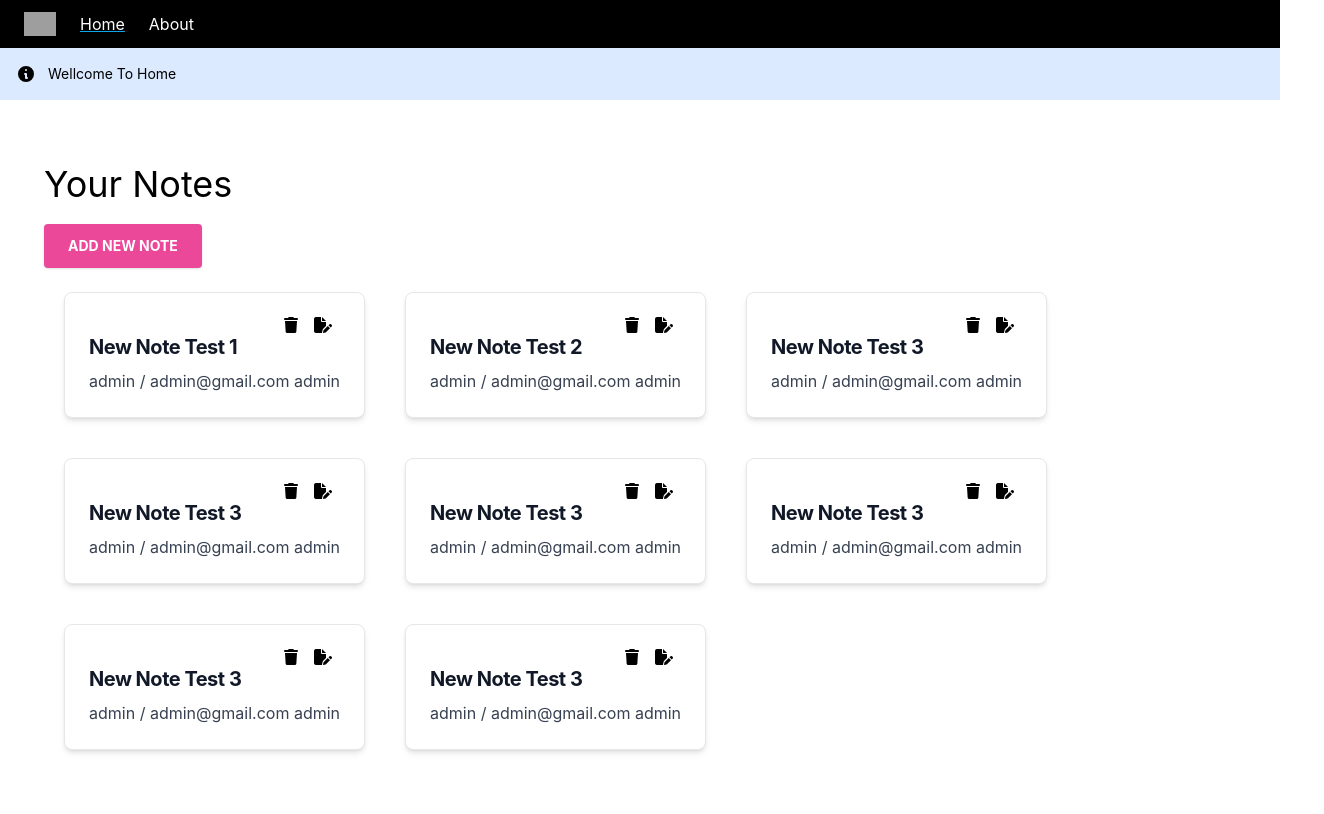
Repository: sonawaneteju4/iNote
Page: /
These files come from the project's save history. The page is drawn as it stood at one moment and after the next save; the edit follows.
The browser window is 1280 px wide. The page is 1324 px wide, so the pictures cover 1324 px, including what lies to the right of the window. The pictures show the whole page.
Pictures or frames that could not be fetched are drawn as grey boxes. Some web libraries are served in a nearby version. The project was rebuilt for these pictures with package versions that can differ from the ones it lists, and the page was loaded fresh each time. Also part of the build but not shown: src/components/AddNote.js, src/components/About.js.

Above is the page before, as saved 2022-10-11 10:47:35.

### public/index.html
<!DOCTYPE html>
<html lang="en">
  <head>
    <meta charset="utf-8" />
    <link rel="icon" href="%PUBLIC_URL%/favicon.ico" />
    <meta name="viewport" content="width=device-width, initial-scale=1" />
    <meta name="theme-color" content="#000000" />
    <meta
      name="description"
      content="Web site created using create-react-app"
    />
    <link rel="apple-touch-icon" href="%PUBLIC_URL%/logo192.png" />

    <link rel="manifest" href="%PUBLIC_URL%/manifest.json" />

    <title>iNote - Secured Notes On Cloud</title>
  </head>
  <body>
    <noscript>You need to enable JavaScript to run this app.</noscript>
    <script src="https://kit.fontawesome.com/61d960ae85.js" crossorigin="anonymous"></script>
    <div id="root"></div>
  </body>
</html>

### src/App.js
import "./App.css";
import { BrowserRouter, Routes, Route } from "react-router-dom";
import Navbar from "./components/Navbar";
import Home from "./components/Home";
import About from "./components/About";
import NoteState from "./context/notes/NoteState";
import Alert from "./components/Alert";

function App() {
  return (
    <>
      <NoteState>
        <BrowserRouter>
          <Navbar />
          <Alert message="Wellcome To Home"/>
          <div className="container m-11">

          <Routes>
            <Route exact path="/" element={<Home />}></Route>
            <Route exact path="/about" element={<About />}></Route>
          </Routes>
          </div>
        </BrowserRouter>
      </NoteState>
    </>
  );
}

export default App;

### src/App.css
.App {
  text-align: center;
}

.App-logo {
  height: 40vmin;
  pointer-events: none;
}

@media (prefers-reduced-motion: no-preference) {
  .App-logo {
    animation: App-logo-spin infinite 20s linear;
  }
}

.App-header {
  background-color: #282c34;
  min-height: 100vh;
  display: flex;
  flex-direction: column;
  align-items: center;
  justify-content: center;
  font-size: calc(10px + 2vmin);
  color: white;
}

.App-link {
  color: #61dafb;
}

@keyframes App-logo-spin {
  from {
    transform: rotate(0deg);
  }
  to {
    transform: rotate(360deg);
  }
}
i{cursor: pointer;

}

### src/components/Navbar.js
import React, {useEffect} from 'react'
import { Link, useLocation } from 'react-router-dom'

const Navbar = () => {
  let location = useLocation();
  useEffect(() => {
    console.log(location.pathname);
  }, [location])

  return (
    <nav className='flex bg-black text-white sticky top-0'>
        <ul className='flex m-3'>
            <li className='px-3'><Link to="/"><img alt="Logo" className='h-6' src='https://i.ibb.co/yyD6c8M/i-NOTE-3.png'></img></Link></li>
            <li className={`px-3  ${location.pathname==='/'? "underline decoration-sky-500": ""}`}><Link to="/">Home</Link></li>
            <li className={`px-3  ${location.pathname==='/about'? "underline decoration-sky-500": ""}`}><Link to="/about">About</Link></li>
        </ul>

    </nav>
  )
}

export default Navbar

### src/components/Home.js
import React from 'react'
// import NoteState from '../context/notes/NoteState';
import Notes from './Notes';

const Home = () => {

  return (
    <>
      <Notes/>
    </>

  )
}

export default Home

### src/context/notes/NoteState.js
import { useState } from 'react';
import NoteContext from './NoteContext';


const NoteState = (props) =>{
    const notesInitial = [
        {
          "_id": "6343f8ff5e6343bed4b7ddb5",
          "user": "63402d7553af99b0eef26534",
          "title": "New Note Test 1 ",
          "description": "admin / admin@gmail.com admin",
          "tag": "test",
          "date": "1665390388538",
          "__v": 0
        },
        {
          "_id": "6343f90f5e6343bed4b7ddb8",
          "user": "63402d7553af99b0eef26534",
          "title": "New Note Test 2 ",
          "description": "admin / admin@gmail.com admin",
          "tag": "test",
          "date": "1665390388538",
          "__v": 0
        },
        {
          "_id": "6343f9155e6343bed4b7ddba",
          "user": "63402d7553af99b0eef26534",
          "title": "New Note Test 3 ",
          "description": "admin / admin@gmail.com admin",
          "tag": "test",
          "date": "1665390388538",
          "__v": 0
        },
        {
            "_id": "6343f9155e6343bed4b7ddba",
            "user": "63402d7553af99b0eef26534",
            "title": "New Note Test 3 ",
            "description": "admin / admin@gmail.com admin",
            "tag": "test",
            "date": "1665390388538",
            "__v": 0
          },
          {
            "_id": "6343f9155e6343bed4b7ddba",
            "user": "63402d7553af99b0eef26534",
            "title": "New Note Test 3 ",
            "description": "admin / admin@gmail.com admin",
            "tag": "test",
            "date": "1665390388538",
            "__v": 0
          },
          {
            "_id": "6343f9155e6343bed4b7ddba",
            "user": "63402d7553af99b0eef26534",
            "title": "New Note Test 3 ",
            "description": "admin / admin@gmail.com admin",
            "tag": "test",
            "date": "1665390388538",
            "__v": 0
          },
          {
            "_id": "6343f9155e6343bed4b7ddba",
            "user": "63402d7553af99b0eef26534",
            "title": "New Note Test 3 ",
            "description": "admin / admin@gmail.com admin",
            "tag": "test",
            "date": "1665390388538",
            "__v": 0
          },
          {
            "_id": "6343f9155e6343bed4b7ddba",
            "user": "63402d7553af99b0eef26534",
            "title": "New Note Test 3 ",
            "description": "admin / admin@gmail.com admin",
            "tag": "test",
            "date": "1665390388538",
            "__v": 0
          }
      ]
      const [notes, setNotes] = useState(notesInitial)

      //Add a Note
      const addNote = (title, description,tag)=>{
        const note = {
          "_id": "6343f9155e6343bed4b7ddba",
          "user": "63402d7553af99b0eef26534",
          "title": title,
          "description": description,
          "tag": tag,
          "date": "1665390388538",
          "__v": 0
        };
        setNotes(notes.concat(note))
      }

      // Delete a Note
      const deleteNote = (id)=>{
        console.log(id)
        const newNotes = notes.filter((note)=>{return note._id!==id})
        setNotes(newNotes)
      }

      //Edit a Note
const editNote = (id, title, description,tag)=>{

}

    return(

        <NoteContext.Provider value={{notes, notesInitial, addNote ,deleteNote ,editNote }}>
            {props.children}
        </NoteContext.Provider>
            )
}

export default NoteState;

### src/components/Alert.js
import React from 'react'

const Alert = (props) => {
  return (
    <div className=''>
      <div className="flex p-4 mb-4 text-sm bg-blue-100 rounded-lgz text-black " role="alert">
  <svg aria-hidden="true" className="flex-shrink-0 inline w-5 h-5 mr-3" fill="currentColor" viewBox="0 0 20 20" xmlns="http://www.w3.org/2000/svg"><path fill-rule="evenodd" d="M18 10a8 8 0 11-16 0 8 8 0 0116 0zm-7-4a1 1 0 11-2 0 1 1 0 012 0zM9 9a1 1 0 000 2v3a1 1 0 001 1h1a1 1 0 100-2v-3a1 1 0 00-1-1H9z" clip-rule="evenodd"></path></svg>
  {props.message}
  </div>
    </div>
  )
}

export default Alert

### src/components/Notes.js
import React, {useContext } from 'react'
import NoteContext from '../context/notes/NoteContext';
import AddNote from './AddNote';
import NoteItem from './NoteItem';


const Notes = () => {
    const context = useContext(NoteContext);
    const [showModal, setShowModal] = React.useState(false);
    const {notes, addNote} = context
  return (
    <div>
      <h1 className='py-5 text-4xl'>Your Notes</h1>

      <button
        className="bg-pink-500 text-white active:bg-pink-600 font-bold uppercase text-sm px-6 py-3 rounded shadow hover:shadow-lg outline-none focus:outline-none mr-1 mb-1 ease-linear transition-all duration-150"
        type="button"
        onClick={() => setShowModal(true)}
      >
        Add New Note
      </button>
      {showModal ? (
        <>
          <div
            className="justify-center items-center flex overflow-x-hidden overflow-y-auto fixed inset-0 z-50 outline-none focus:outline-none"
          >
            <div className="relative w-auto my-6 mx-auto max-w-3xl">
              {/*content*/}
              <div className="border-0 rounded-lg shadow-lg relative flex flex-col w-full bg-white outline-none focus:outline-none">
                {/*header*/}
                <div className="flex  items-start justify-between p-5 border-b border-solid border-slate-200 rounded-t">
                  <h3 className="text-3xl font-semibold">
                    Create New Note
                  </h3>
                  <button
                    className="p-1 ml-auto bg-transparent border-0 text-black opacity-5 float-right text-3xl leading-none font-semibold outline-none focus:outline-none"
                    onClick={() => setShowModal(false)}
                    >
                    <span className="bg-transparent text-black opacity-5 h-6 w-6 text-2xl block outline-none focus:outline-none">

                    </span>
                  </button>
                </div>
                {/*body*/}

                    <AddNote/>
                {/*footer*/}
                <div className="flex items-center justify-end p-6 border-t border-solid border-slate-200 rounded-b">
                  <button
                    className="text-red-500 background-transparent font-bold uppercase px-6 py-2 text-sm outline-none focus:outline-none mr-1 mb-1 ease-linear transition-all duration-150"
                    type="button"
                    onClick={() => setShowModal(false)}
                  >
                    Close
                  </button>
                </div>
              </div>
            </div>
          </div>
          <div className="opacity-25 fixed inset-0 z-40 bg-black"></div>
        </>
      ) : null}


    <div className='flex flex-wrap'>
        {notes.map((note)=>{
            return <NoteItem key={note._id} note={note}/>;
        })}
    </div>
        </div>
  )
}

export default Notes

### src/components/NoteItem.js
import React, { useContext } from "react";
import NoteContext from '../context/notes/NoteContext';


const NoteItem = (props) => {
 const context = useContext(NoteContext)
  const {deleteNote} = context;
  const { note } = props;
  return (
    <div className="p-5">
      <div class="p-6 max-w-sm bg-white rounded-lg border border-gray-200 shadow-md hover:bg-gray-100">
        <div className="flex item-start justify-end">
          <i class="fa-solid fa-trash mx-2" onClick={()=>{deleteNote(note._id)}}></i>
          <i class="fa-solid fa-file-pen mx-2"></i>
        </div>
          <h5 class="mb-2 text-xl font-bold tracking-tight text-gray-900">
            {note.title}
          </h5>
        <p class="font-normal text-gray-700"> {note.description}</p>
      </div>
    </div>
  );
};

export default NoteItem;

Loaded but not shown: src/index.js (common file); src/index.css (common file); src/context/notes/NoteContext.js (common file); tailwind.config.js (common file)

After the next save:
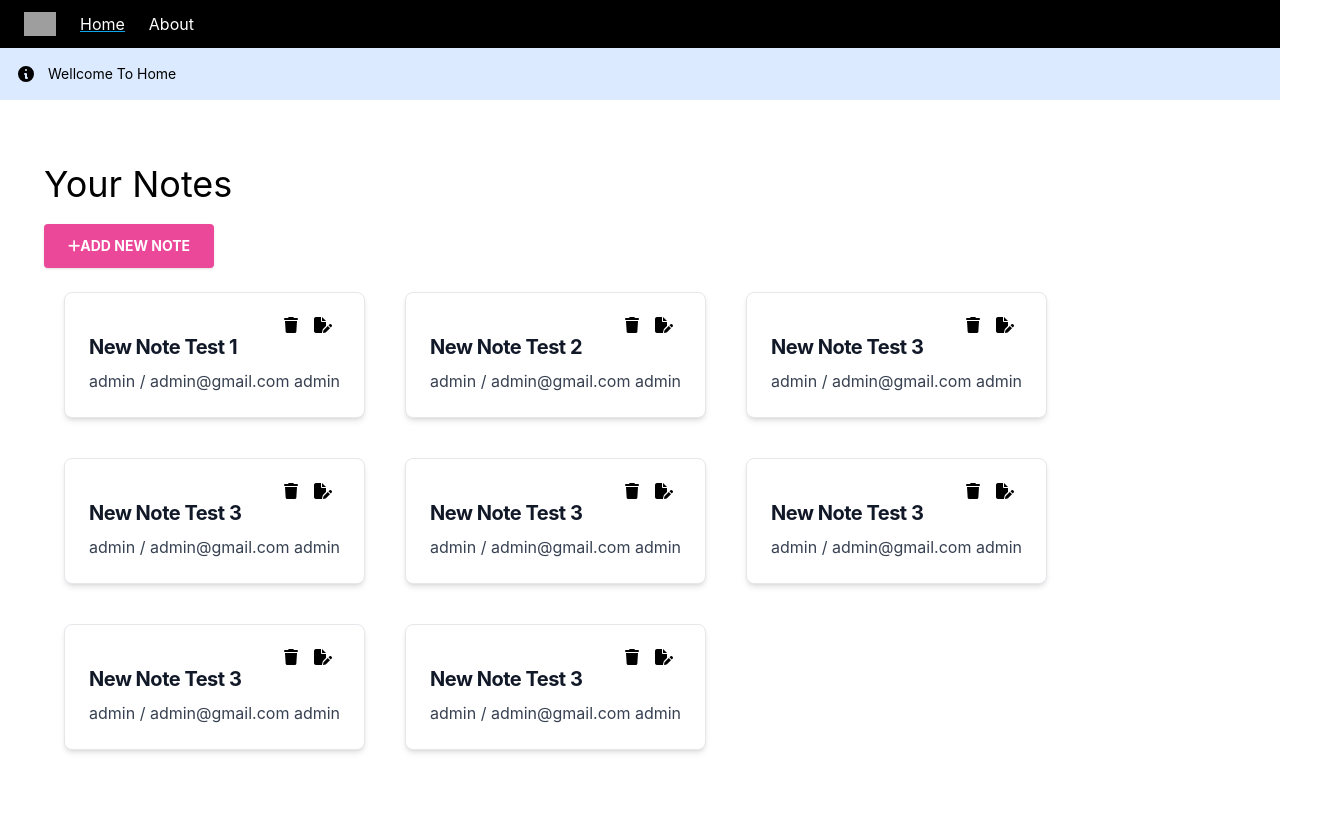
Saved 62 s later.
--- a/src/components/Notes.js
+++ b/src/components/Notes.js
@@ -17,7 +17,7 @@ const Notes = () => {
         type="button"
         onClick={() => setShowModal(true)}
       >
-        Add New Note
+        <i class="fa-solid fa-plus"></i>Add New Note
       </button>
       {showModal ? (
         <>
